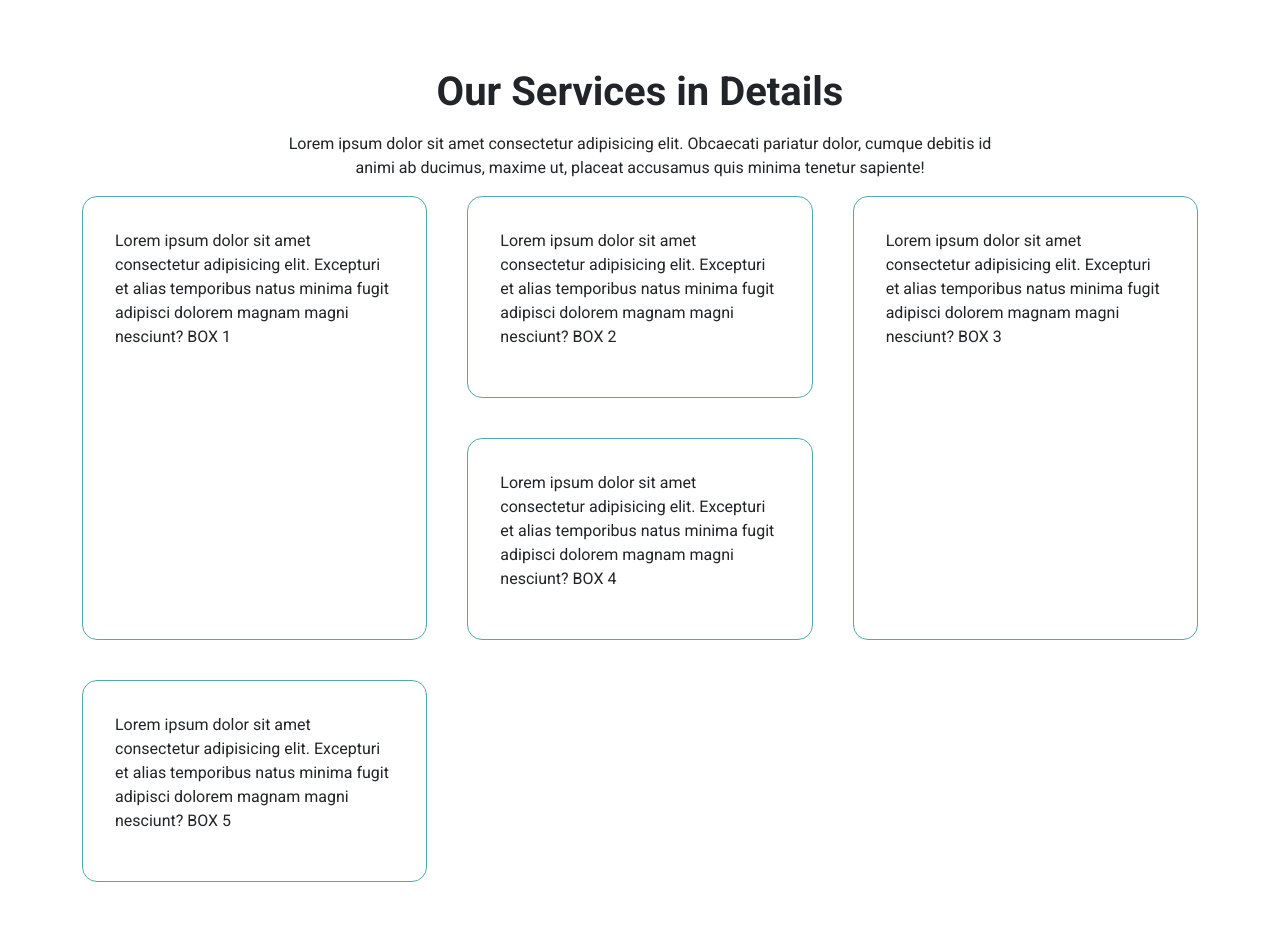
Repository: nazmulalok/landing-page-angelio
Page: index.html
These files come from the project's save history. The page is drawn as it stood at one moment and after the next save; the edit follows.
The browser window is 1280 px wide. The pictures show the part of the page from y = 2064 to 3016 px (the page is 3016 px tall).
A picture or video elsewhere on the page could not be fetched, so the positions and the page height are approximate.

Above is the page before, as saved 2022-09-18 14:29:01.

### index.html
<!DOCTYPE html>
<html lang="en">

    <head>
        <meta charset="UTF-8">
        <meta http-equiv="X-UA-Compatible" content="IE=edge">
        <meta name="viewport" content="width=device-width, initial-scale=1.0">
        <title>Landing Page</title>
        <link rel="preconnect" href="https://fonts.googleapis.com">
        <link rel="preconnect" href="https://fonts.gstatic.com" crossorigin>
        <link rel="stylesheet" href="https://cdnjs.cloudflare.com/ajax/libs/font-awesome/6.2.0/css/all.min.css"
            integrity="sha512-xh6O/CkQoPOWDdYTDqeRdPCVd1SpvCA9XXcUnZS2FmJNp1coAFzvtCN9BmamE+4aHK8yyUHUSCcJHgXloTyT2A=="
            crossorigin="anonymous" referrerpolicy="no-referrer" />
        <link
            href="https://fonts.googleapis.com/css2?family=Roboto:ital,wght@0,300;0,400;0,500;0,700;0,900;1,300;1,400;1,500;1,700;1,900&display=swap"
            rel="stylesheet">
        <link href="https://cdn.jsdelivr.net/npm/bootstrap@5.2.0/dist/css/bootstrap.min.css" rel="stylesheet"
            integrity="sha384-gH2yIJqKdNHPEq0n4Mqa/HGKIhSkIHeL5AyhkYV8i59U5AR6csBvApHHNl/vI1Bx" crossorigin="anonymous">
        <link rel="stylesheet" href="style.css">
    </head>

    <body>
        <header>
            <nav>
                <div class="container">
                    <div class="row align-items-center">
                        <div class="col-lg-3">
                            <div class="logo">
                                <a href="/"><img src="images/angelio-logo.png" alt="Angelio Logo" width="250"
                                        height="66"></a>
                            </div>
                        </div>
                        <div class="col-lg-9 d-flex justify-content-end">
                            <ul>
                                <li><a href="/">Home</a></li>
                                <li><a href="/services.html">Services</a></li>
                                <li><a href="/about-us.html">About Us</a></li>
                                <li><a href="/contact.html">Contact</a></li>
                                <li class="nav-cta"><a href="tel:000-000-0000">Call Us</a></li>
                            </ul>
                        </div>
                    </div>
                </div>
            </nav>
        </header>
        <section class="sec-padding banner-sec">
            <div class="container">
                <div class="row align-items-center">
                    <div class="col-lg-7 order-lg-last">
                        <img src="images/angelio-digital-marketing.png" alt="">
                    </div>
                    <div class="col-lg-5">
                        <div class="large-heading">We Work in <span class="color-text">Digital</span> Way</div>
                        <p>Lorem, ipsum dolor sit amet consectetur adipisicing elit. Necessitatibus fuga alias deleniti
                            veniam at aspernatur.</p>
                        <div class="d-flex align-items-center mt-5"><a href="/contact-us" class="main-btn me-5">Get
                                Estimate</a>
                            <a href="/contact-us" class="play-btn"><i class="fas fa-play me-3"></i>Request Demo</a>
                        </div>
                    </div>
                </div>
            </div>
        </section>
        <section class="sec-padding">
            <div class="container">
                <div class="row justify-content-center">
                    <div class="col-md-8">
                        <div class="text-center">
                            <h1>
                                Our Best Digital Marketing Service
                            </h1>
                            <p>Lorem ipsum, dolor sit amet consectetur adipisicing elit. Placeat sunt
                                libero
                                tempore? Sed obcaecati a voluptate voluptates nam. Expedita, incidunt?</p>
                        </div>
                    </div>
                </div>
                <div class="row align-items-center mt-5">
                    <div class="col-lg-3">
                        <div class="service-box">
                            <div class="service-icon">
                                <img src="images/content-marketing.png" alt="Content Marketing">
                            </div>
                            <div class="service-content">
                                <a href="#">Content Marketing</a>
                                <p>Lorem ipsum dolor sit amet consectetur adipisicing elit. Fugiat, earum!</p>
                            </div>
                        </div>
                    </div>
                    <div class="col-lg-3">
                        <div class="service-box">
                            <div class="service-icon">
                                <img src="images/social-marketing.png" alt="Social Marketing">
                            </div>
                            <div class="service-content">
                                <a href="#">Social Marketing</a>
                                <p>Lorem ipsum dolor sit amet consectetur adipisicing elit. Fugiat, earum!</p>
                            </div>
                        </div>
                    </div>
                    <div class="col-lg-3">
                        <div class="service-box">
                            <div class="service-icon">
                                <img src="images/email-marketing.png" alt="Email Marketing">
                            </div>
                            <div class="service-content">
                                <a href="#">Email Marketing</a>
                                <p>Lorem ipsum dolor sit amet consectetur adipisicing elit. Fugiat, earum!</p>
                            </div>
                        </div>
                    </div>
                    <div class="col-lg-3">
                        <div class="service-box">
                            <div class="service-icon">
                                <img src="images/web-marketing.png" alt="Web Marketing">
                            </div>
                            <div class="service-content">
                                <a href="#">Web Marketing</a>
                                <p>Lorem ipsum dolor sit amet consectetur adipisicing elit. Fugiat, earum!</p>
                            </div>
                        </div>
                    </div>
                </div>
            </div>
        </section>
        <section class="sec-padding why-choose-sec">
            <div class="container">
                <div class="row align-items-center">
                    <div class="col-lg-6">
                        <div class="image-holder">
                            <img src="images/why-choose.jpg" alt="Why Choose Angelio">
                        </div>
                    </div>
                    <div class="col-lg-6">
                        <span class="arrow-text">Why Choose Us</span>
                        <h2>Why Working With <span class="color-text">ANGELIO</span>?</h2>
                        <p class="grey-color">Lorem ipsum dolor sit amet consectetur adipisicing elit. Quisquam
                            perspiciatis cupiditate atque ad labore laudantium ab hic, quaerat voluptas repellendus
                            aliquam. Maxime et recusandae nostrum cum labore, sint obcaecati doloremque.</p>
                        <div class="content-box d-flex align-items-center p-2 mb-3">
                            <img src="images/quality-lead.png" alt="Quality Lead">
                            <div class="ms-4">
                                <div class="content-heading">Quality Lead Generation</div>
                                <p class="grey-color mb-0">Lorem ipsum dolor sit amet consectetur adipisicing elit. Vel,
                                    distinctio
                                    delectus.
                                    Dicta distinctio obcaecati voluptatum.</p>
                            </div>
                        </div>
                        <div class="content-box d-flex align-items-center p-2 mb-3">
                            <img src="images/custom-web-design.png" alt="Custom Web Design">
                            <div class="ms-4">
                                <div class="content-heading">Custom Web Design</div>
                                <p class="grey-color mb-0">Lorem ipsum dolor sit amet consectetur adipisicing elit. Vel,
                                    distinctio
                                    delectus.
                                    Dicta distinctio obcaecati voluptatum.</p>
                            </div>
                        </div>
                        <div class="content-box d-flex align-items-center p-2 mb-3">
                            <img src="images/affordable-project-price.png" alt="Affordable Project Price">
                            <div class="ms-4">
                                <div class="content-heading">Affordable Project Price</div>
                                <p class="grey-color mb-0">Lorem ipsum dolor sit amet consectetur adipisicing elit. Vel,
                                    distinctio
                                    delectus.
                                    Dicta distinctio obcaecati voluptatum.</p>
                            </div>
                        </div>
                    </div>
                </div>
            </div>
        </section>
        <section class="sec-padding">
            <div class="container">
                <div class="row justify-content-center">
                    <div class="col-md-8">
                        <div class="text-center">
                            <h2>Our Services in Details</h2>
                            <p>Lorem ipsum dolor sit amet consectetur adipisicing elit. Obcaecati pariatur dolor, cumque
                                debitis id animi ab ducimus, maxime ut, placeat accusamus quis minima tenetur sapiente!
                            </p>
                        </div>
                    </div>
                </div>
                <div class="service-details-grid">
                    <div class="service-details-box main-service-card">
                        <p>Lorem ipsum dolor sit amet consectetur adipisicing elit. Excepturi et alias temporibus natus
                            minima fugit adipisci dolorem magnam magni nesciunt? BOX 1</p>
                    </div>
                    <div class="service-details-box">
                        <p>Lorem ipsum dolor sit amet consectetur adipisicing elit. Excepturi et alias temporibus natus
                            minima fugit adipisci dolorem magnam magni nesciunt? BOX 2</p>
                    </div>
                    <div class="service-details-box main-service-card">
                        <p>Lorem ipsum dolor sit amet consectetur adipisicing elit. Excepturi et alias temporibus natus
                            minima fugit adipisci dolorem magnam magni nesciunt? BOX 3</p>
                    </div>
                    <div class="service-details-box">
                        <p>Lorem ipsum dolor sit amet consectetur adipisicing elit. Excepturi et alias temporibus natus
                            minima fugit adipisci dolorem magnam magni nesciunt? BOX 4</p>
                    </div>
                    <div class="service-details-box">
                        <p>Lorem ipsum dolor sit amet consectetur adipisicing elit. Excepturi et alias temporibus natus
                            minima fugit adipisci dolorem magnam magni nesciunt? BOX 5</p>
                    </div>
                </div>
            </div>
        </section>


        <script src="https://cdn.jsdelivr.net/npm/bootstrap@5.2.0/dist/js/bootstrap.bundle.min.js"
            integrity="sha384-A3rJD856KowSb7dwlZdYEkO39Gagi7vIsF0jrRAoQmDKKtQBHUuLZ9AsSv4jD4Xa"
            crossorigin="anonymous"></script>
    </body>

</html>

### style.css
:root {
    --primary-color: #52a9a9;
    --secondary-color: #000000;
    --third-color: #575757d6;
    --main-font: 'Roboto', sans-serif;
}

body {
    font-family: var(--main-font);
}

nav {
    padding: 10px 0px;
    box-shadow: 0 1px 1px 1px #14477e2b;
}

nav ul {
    list-style-type: none;
    display: flex;
    justify-content: flex-end;
    margin: 0;
    padding: 0;
    align-items: center;
    gap: 20%;
    white-space: nowrap;
}

nav ul li a {
    color: #080808;
    text-decoration: none;
    display: block;
    position: relative;
    font-weight: 500;
    font-size: 17px;
}

nav ul li a:hover {
    color: #52a9a9;
}

li.nav-cta a {
    background: #008080ad;
    padding: 15px 40px;
    color: #fff;
    border-radius: 20px 5px;
    transition: all 0.3s ease;
}

li.nav-cta a:hover {
    background: #000;
    color: #fff;
    border-radius: 5px 20px;
    transition: all 0.3s ease;
}

li.nav-cta a:before {
    content: "";
    width: 0%;
    height: 0px;
    position: absolute;
    left: 0;
    bottom: 0;
    transition: none;
    transform: none;
    background: none;
    transform-origin: 0%;
}

li.nav-cta a:hover:before {
    transform: none;
    transform-origin: 0%;
}

nav ul li a:before {
    content: "";
    width: 100%;
    height: 2px;
    position: absolute;
    left: 0;
    bottom: 0;
    transition: 0.4s transform ease;
    transform: scale3d(0, 1, 1);
    background: #52a9a9;
    transform-origin: 100% 50%;
}

nav ul li a:hover::before {
    transform: scale3d(1, 1, 1);
    transform-origin: 0 50%;
}

.sec-padding {
    padding: 70px 0px;
}

.banner-sec {
    background-image: linear-gradient(rgb(82 169 169 / 5%), rgb(82 169 169 / 10%));
    background-size: cover;
    background-position: center;
}

.banner-sec img {
    width: 100%;
}

.large-heading {
    font-size: 80px;
    color: #000;
    font-weight: 600;
    letter-spacing: 0.8px;
    line-height: normal;
    margin-bottom: 25px;
}

.banner-sec p {
    font-size: 18px;
}

.color-text {
    color: var(--primary-color);
}

a.main-btn {
    color: #fff;
    background: #52a9a9;
    padding: 15px 40px;
    font-weight: 500;
    font-size: 18px;
    text-decoration: none;
    border-radius: 20px 5px;
    transition: all 0.3s ease;
}

a.main-btn:hover {
    background: #000;
    color: #fff;
    border-radius: 5px 20px;
    transition: all 0.3s ease;
}

a.play-btn {
    display: inline-flex;
    align-items: center;
    justify-content: center;
    color: #000;
    text-decoration: none;
    font-weight: 500;
    font-size: 18px;
}

.play-btn .fa-play {
    width: 40px;
    height: 40px;
    color: #fff;
    font-size: 20px;
    background: #000;
    display: inline-flex;
    align-items: center;
    justify-content: center;
    border-radius: 50%;
    transition: all 0.3s ease;
}

.play-btn:hover i {
    background: var(--primary-color);
}

/* Headings */

h1 {
    font-size: 44px;
}

h2 {
    font-size: 40px;
}

h3 {
    font-size: 36px;
}

h4 {
    font-size: 32px;
}

h5 {
    font-size: 28px;
}

h6 {
    font-size: 24px;
}

h1,
h2,
h3,
h4,
h5,
h6 {
    margin-bottom: 1rem;
    font-weight: 700;
}

/* Service Box */

.service-box {
    position: relative;
    background: rgb(197 214 214 / 20%);
    padding: 40px 30px;
    box-shadow: 0px -6px 10px white, 0px 4px 15px rgb(0 0 0 / 27%);
    border: 1px solid #00000030;
    border-radius: 5px;
}

.service-box:after {
    position: absolute;
    content: "";
    height: 20%;
    width: 20%;
    bottom: 5px;
    right: 5px;
    border-bottom-right-radius: 5px;
    border-bottom: 5px solid var(--primary-color);
    border-right: 5px solid var(--primary-color);
    transition: all 1s ease;
}

.service-box:hover:after {
    height: 30%;
    width: 30%;
    bottom: 5px;
    right: 5px;
    border-bottom-right-radius: 5px;
    border-bottom: 5px solid var(--primary-color);
    border-right: 5px solid var(--primary-color);
    transition: all 1s ease;
}

.service-box .service-icon {
    width: 80px;
    height: 80px;
    margin-bottom: 10px;
}

.service-box .service-icon img {
    width: 65px;
}

.service-box .service-content a {
    display: inline-block;
    color: #000;
    font-size: 20px;
    font-weight: 600;
    text-decoration: none;
    margin-bottom: 8px;
}

.service-box:hover .service-content a {
    color: var(--primary-color);
}

.service-box .service-content p {
    color: var(--third-color);
}

/* Why Choose Section */

.why-choose-sec {
    background-image: linear-gradient(to right, rgb(255 255 255 / 75%), rgb(255 255 255 / 75%)), url(/images/why-choose-bg.jpg);
    background-repeat: no-repeat;
    background-size: cover;
}

span.arrow-text {
    display: inline-block;
    font-size: 25px;
    color: var(--primary-color);
    font-weight: 600;
    margin-bottom: 5px;
    position: relative;
    padding-left: 50px;
}

span.arrow-text:before {
    content: "";
    background: url(images/right-arrow.png);
    width: 35px;
    height: 35px;
    background-size: cover;
    top: 2px;
    left: 0px;
    position: absolute;
}

.grey-color {
    color: var(--third-color);
}

.content-box {
    border: 1px solid var(--primary-color);
    border-radius: 5px;
    box-shadow: 0px -6px 10px white, 0px 4px 15px rgb(0 0 0 / 27%);
    background: #fff;
}

.content-box img {
    width: 80px;
    border: 1px solid var(--primary-color);
    padding: 5px;
    border-radius: 5px;
}

.content-box .content-heading {
    font-size: 22px;
    color: var(--primary-color);
    font-weight: 500;
    margin-bottom: 5px;
}

/* Image Holder */

.image-holder {
    transition: all 0.3s ease;
    text-align: center;
}

.image-holder img {
    border-radius: 5px;
    max-width: 100%;
}

/* Service Details Box */

.service-details-grid {
    display: grid;
    width: 100%;
    grid-auto-columns: 1fr;
    grid-gap: 40px;
    grid-template-columns: 1fr 1fr 1fr;
    grid-template-rows: auto auto;
    /* -webkit-transition: all 0.3s ease-in-out; */
    transition: all 0.3s ease-in-out;
}

.service-details-box {
    padding: 2rem;
    border: 1px solid var(--primary-color);
    border-radius: 15px;
}

.main-service-card {
    grid-row-end: span 2;
}

After the next save:
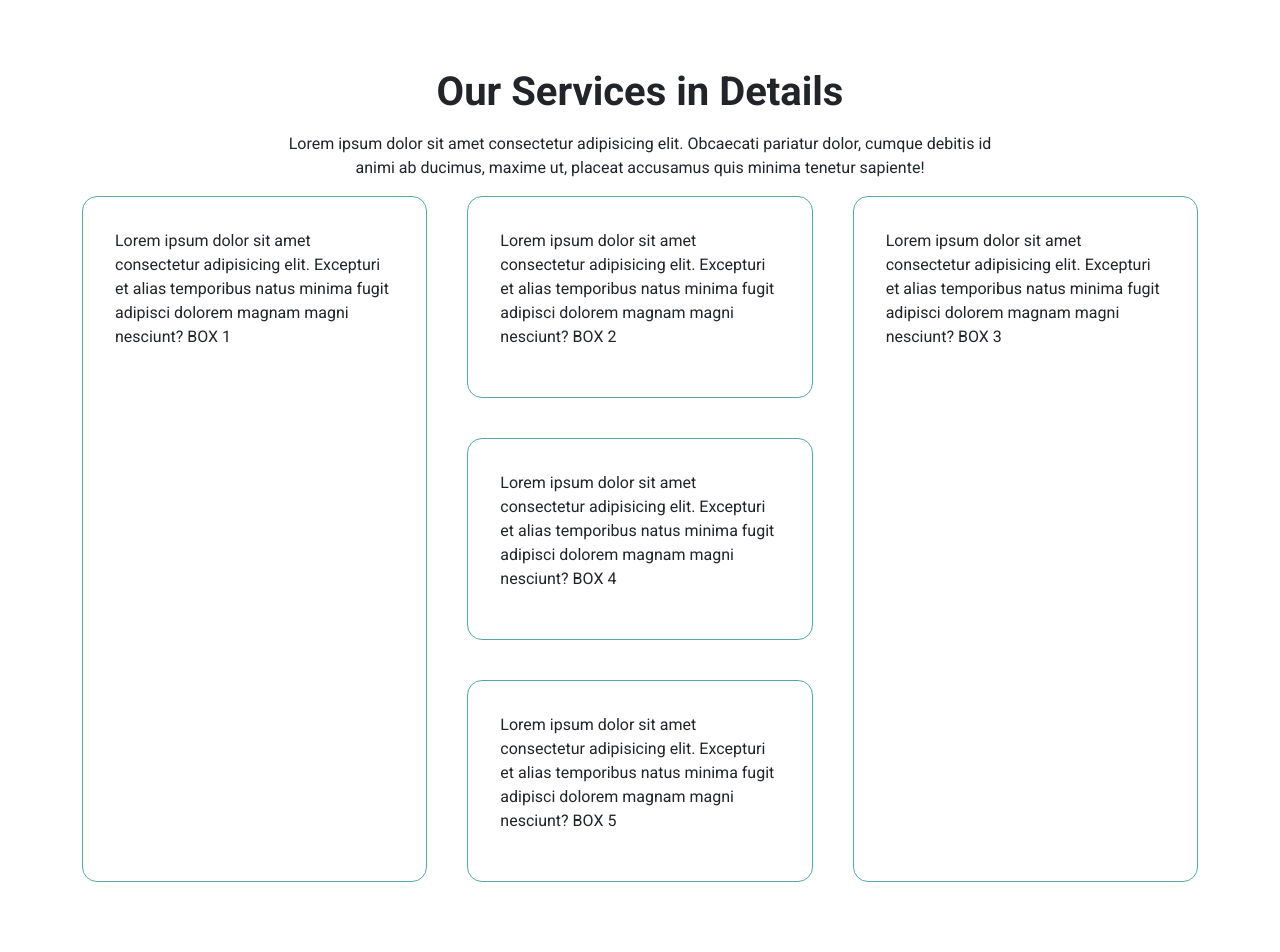
Saved 2 min 33 s later.
--- a/style.css
+++ b/style.css
@@ -349,5 +349,5 @@ span.arrow-text:before {
 }
 
 .main-service-card {
-    grid-row-end: span 2;
-}
+    grid-row-end: span 3;
+}
